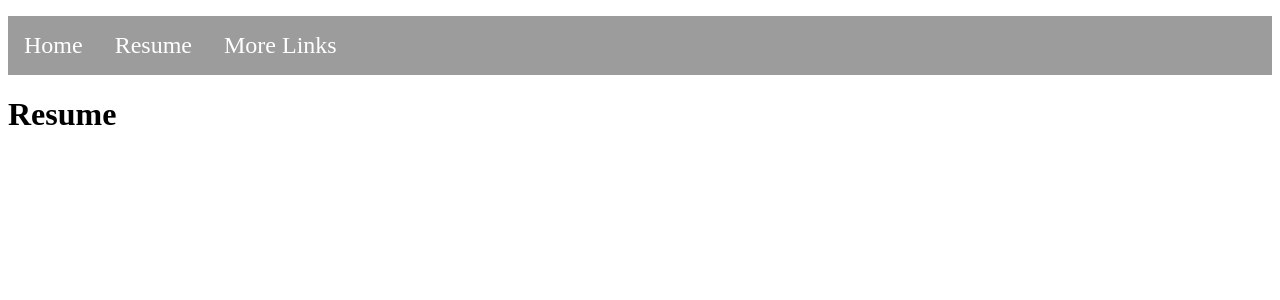
Repository: Peng-uin/Peng-uin.github.io
Page: resume.html
The author's editor kept a record of every edit. The page is drawn from the files as they stood at one moment, then again after the next edit.
The browser window is 1280 px wide. The pictures show the whole page.

Above is the page before.

After the next edit:
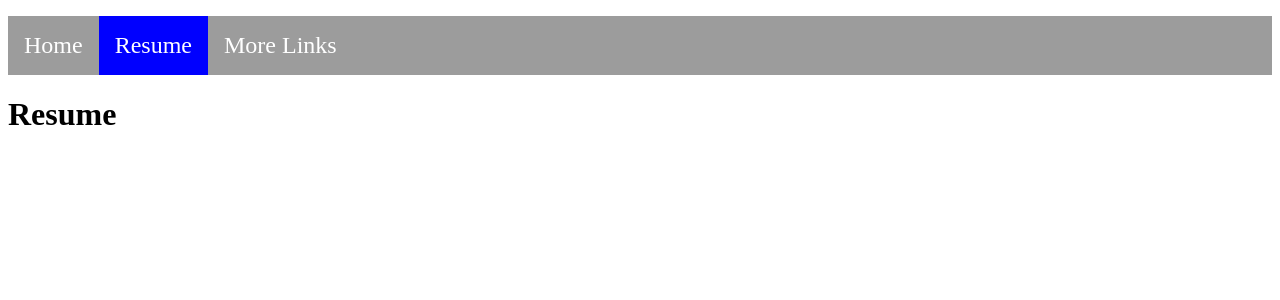
The edit:
--- a/resume.html
+++ b/resume.html
@@ -44,7 +44,7 @@
     <body>
         <ul class="navbar">
             <li><a href="index.html">Home</a></li>
-            <li><a href="resume.html">Resume</a></li>
+            <li class="active"><a href="resume.html">Resume</a></li>
             <li class="dropdown">
                 <div>More Links</div>
                 <ul class="dropdown-content">
